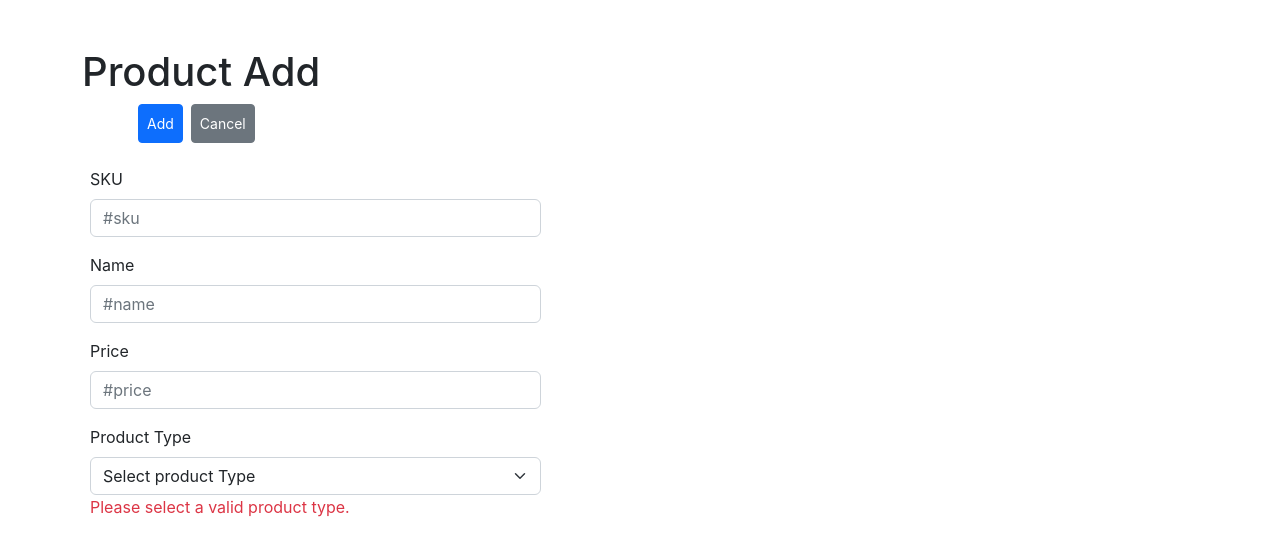
Repository: MagdyAbouelnasr/scandiweb_project
Page: /addproduct
An editor plug-in stored every save of this project. The page is shown before and after the next save, followed by the edit.
The browser window is 1280 px wide. The pictures show the whole page.
The project was rebuilt for these pictures with package versions that can differ from the ones it lists, and the page was loaded fresh each time. Also part of the build but not shown: src/App.css, src/components/Product/Product-style.scss, src/components/Product/Product.css, src/components/Pages/ProductList.jsx, src/components/ProductAdd/Book.component.jsx, src/components/ProductAdd/DVD.component.jsx, src/components/ProductAdd/Furniture.component.jsx, src/App.jsx.

Above is the page before, as saved 2023-05-09 01:22:16.

After the next save:
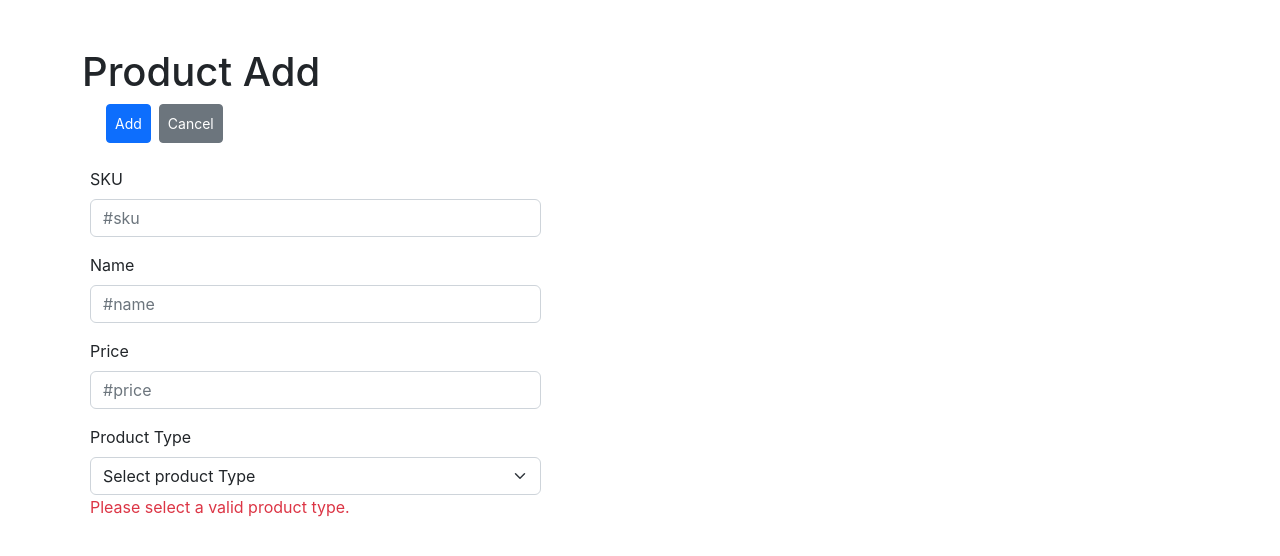
Saved 5 s later.
--- a/src/components/Pages/ProductAdd.jsx
+++ b/src/components/Pages/ProductAdd.jsx
@@ -127,7 +127,7 @@ function ProductAdd() {
       <div className="container  mt-5">
         <div className="row">
           <h1 className="page-header text-header col-md-8 text-start ">Product Add</h1>
-          <div className="col-4 float-end align-right ms-5">
+          <div className="col-4 float-end align-right ms-3">
             <Button type="submit" className="p-2 ms-2" variant="primary" size="sm">
               Add
             </Button>
